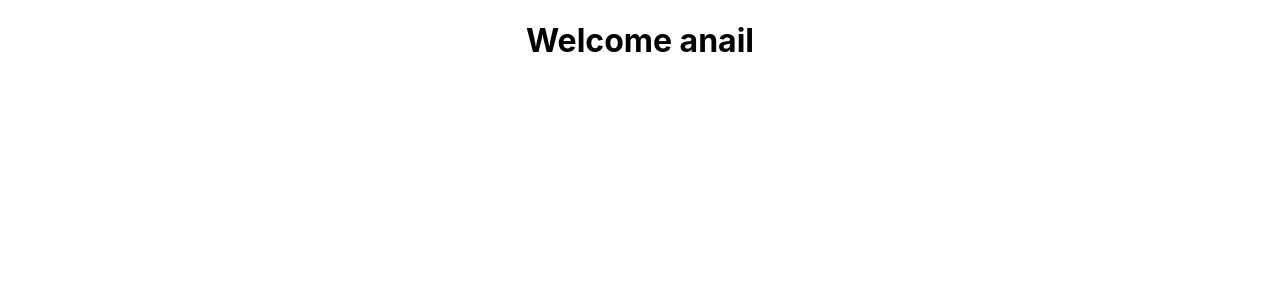
Repository: ShahbazGurmani/react-practice
Page: /
The author's editor kept a copy of each file at every save. The page is drawn from the files as they stood at one save, then again after the next save.
The browser window is 1280 px wide. The pictures show the whole page.
The project was rebuilt for these pictures with package versions that can differ from the ones it lists, and the page was loaded fresh each time. Also part of the build but not shown: src/User.js, src/Student.js, src/Records.js.

Above is the page before, as saved 2023-08-23 03:05:35.

### src/index.js
import React from 'react';
import ReactDOM from 'react-dom/client';
import './index.css';
import App from './App';
import Records from './Records';
import reportWebVitals from './reportWebVitals';

const root = ReactDOM.createRoot(document.getElementById('root'));
root.render(
  <React.StrictMode>
  <App/>
  </React.StrictMode>
);

// If you want to start measuring performance in your app, pass a function
// to log results (for example: reportWebVitals(console.log))
// or send to an analytics endpoint. Learn more: https://bit.ly/CRA-vitals
reportWebVitals();

### src/App.js
import logo from './logo.svg';
import React ,{useState} from 'react';
import './App.css';
import  './User';
import Student from './Student';
import Profile from './Profile';

function App() {

  // const [name,setName] = useState(0);
  // const[value,setValue] = useState(null);
  // const[status,setStatus] = useState(true);

  //simple function

  // function apple()
  // {
  //   setName(name+1)
  // }

  // function getValue(val)
  // {
  //   console.log(val.target.value);
  //   setValue(val.target.value);
  // }
//form data submit work onit:..............................................................................
  // const [name,setName] = useState("");
  // const [interest,setInterest] = useState("");
  // const [tnc,setTnc] = useState(false);


  // function getFormData(event)
  // {
  //     console.warn(name,interest,tnc);
  //     event.preventDefault();
  // }


  return (
    <div className="App">
      {/* <h1>{name}</h1> */}
      {/* <button onClick={apple}>
        click me
      </button> */}
      {/* with the help of arrow function() */}
      {/* <button onClick={()=>{apple()}}>
        click me
      </button>
      <Student name={name} email={"shahbaz@gmail.com"} />
      <button onClick={()=>{setName("shahbaz")}}>
        update name
      </button> */}

      {/* get input value from box */}
      {/* <h2>{value}</h2>
      <input type='text' onChange={getValue}></input> */}


      {/* {
        status?<h1>hello world</h1>:null
      } */}
      {/* <button onClick={setStatus(false)}>Hide</button>
      <button onClick={setStatus(true)}>Show</button> */}

      {/* <h1>Handle from in react</h1>
       <form onSubmit={getFormData}>
          <input type='text' placeholder='enter your name:' onChange={(e)=>{setName(e.target.value)}}/><br/> <br/>
          <select onChange={(e)=>{setInterest(e.target.value)}}>
                <option>Select anyone option</option>
                <option>Mravel</option>
                <option>BC</option>
          </select><br/> <br/>
          <input type='checkbox' onChange={(e)=>{setTnc(e.target.checked)}} /><span>Accept terms and conditions</span><br/> <br/>
          <button type='submit'>Submit</button>
       </form> */}
      <Profile/>

    </div>

  );
}

export default App;

### src/Profile.js
import { useState } from "react";


function Profile()
{
    const [login,setLogin] = useState(2);
    // using condition if else in ternry oprator
    return(
        <div>
             {login==1?<h1>Welcome shahbaz</h1>:
             login==2?<h1>Welcome anail</h1>:
             <h1>Welcome guest</h1>
             }
        </div>
    )
}
export default Profile;

Loaded but not shown: public/index.html (common file); src/index.css (common file); src/reportWebVitals.js (common file); src/App.css (common file)

After the next save:
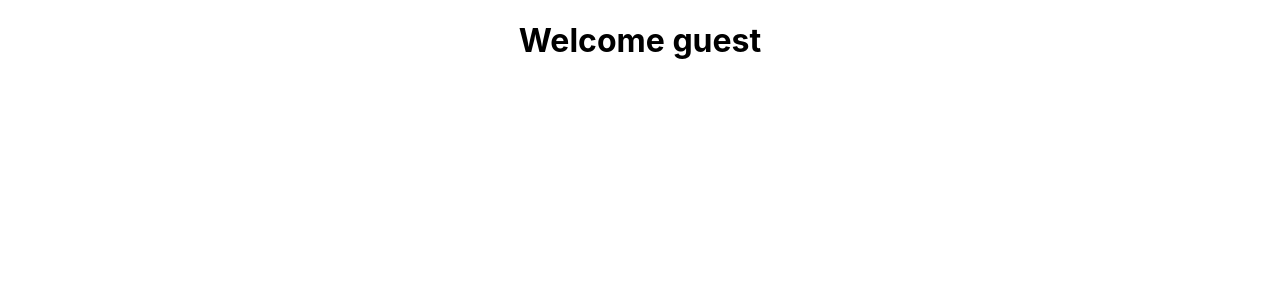
Saved 5 s later.
--- a/src/Profile.js
+++ b/src/Profile.js
@@ -3,7 +3,7 @@ import { useState } from "react";
 
 function Profile()
 {
-    const [login,setLogin] = useState(2);
+    const [login,setLogin] = useState();
     // using condition if else in ternry oprator
     return(
         <div>
